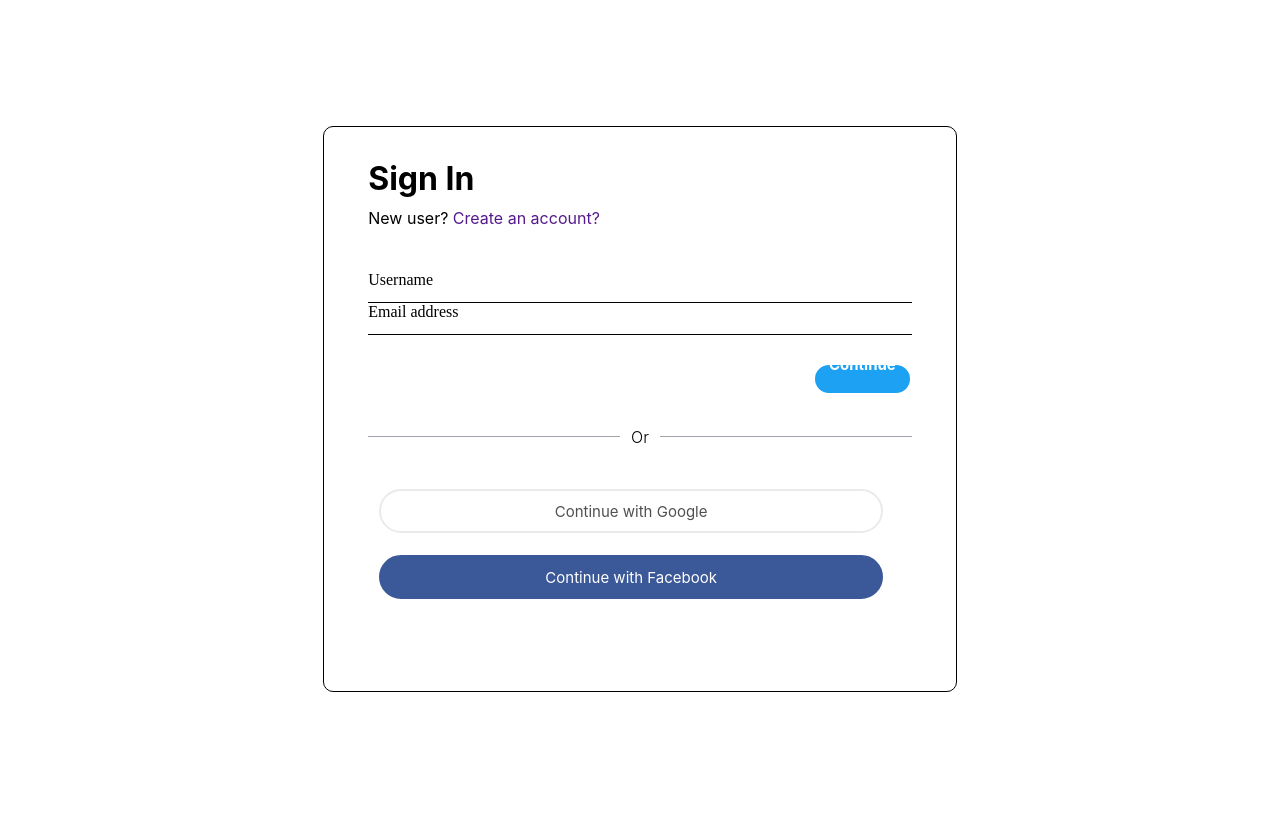
Repository: thangluu93/WereWolf
Page: Template/signIn.html
An editor plug-in stored every save of this project. The page is shown before and after the next save, followed by the edit.
The browser window is 1280 px wide. The pictures show the whole page.

Above is the page before, as saved 2020-01-13 15:24:58.

### Template/signIn.html
<html>

<head>

    <link rel="stylesheet" href="../Stylesheet/signInStyle.css">
</head>

<body id="body1">
    <div class="container" id="container1">
        <div class="containerBody" id="containerBody1">
            <div class="border" id="border1">
                <div class="content" id="content1">
                    <div class="contentHeader">
                        <h1 class="Heading">Sign In</h1>
                        <p class="subHead">New user? <a href="">Create an account?</a></p>
                    </div>
                    <div class="fieldLayout">
                        <div class="fieldContainer" >
                            <div class="inputBox" >
                                <label>Username</label>
                                <input type="email" class="field">
                            </div>
                            <div class="inputBox" >
                                <label> Email address </label>
                                <input type="email" class="field">
                            </div>
                        </div>
                        <div class="emailContinue">
                            <button class="emailContinueBtn ">
                                <span>Continue</span>
                            </button>
                        </div>
                    </div>
                    <div class="contentFooter">
                        <strong class="line">Or</strong>
                        <div class="socialSignIn" id="socialSignIn1">
                            <a href="" class="googleSignIn">
                                <!-- <svg viewBox="0 0 1152 1152" focusable="false" aria-hidden="true" role="img"
                                class="googleIconSvg">
                                <path
                                    d="M1055.994 594.42a559.973 559.973 0 0 0-8.86-99.684h-458.99V683.25h262.28c-11.298 60.918-45.633 112.532-97.248 147.089v122.279h157.501c92.152-84.842 145.317-209.78 145.317-358.198z"
                                    fill="#4285f4"></path>
                                <path
                                    d="M588.144 1070.688c131.583 0 241.9-43.64 322.533-118.07l-157.5-122.28c-43.64 29.241-99.463 46.52-165.033 46.52-126.931 0-234.368-85.728-272.691-200.919H152.636v126.267c80.19 159.273 245 268.482 435.508 268.482z"
                                    fill="#34a853"></path>
                                <path
                                    d="M315.453 675.94a288.113 288.113 0 0 1 0-185.191V364.482H152.636a487.96 487.96 0 0 0 0 437.724z"
                                    fill="#fbbc05"></path>
                                <path
                                    d="M588.144 289.83c71.551 0 135.792 24.589 186.298 72.88l139.78-139.779C829.821 144.291 719.504 96 588.143 96c-190.507 0-355.318 109.21-435.508 268.482L315.453 490.75c38.323-115.19 145.76-200.919 272.691-200.919z"
                                    fill="#ea4335"></path>
                            </svg> -->
                                <span>Continue with Google</span>
                            </a>
                            <a href="" class="facebookSignIn">
                                <!-- <svg viewBox="0 0 1152 1152" class="facebookIconSvg" aria-hidden="true" data-prefix="fab" data-icon="facebook-f"
                                role="img" xmlns="http://www.w3.org/2000/svg" viewBox="0 0 264 512" data-fa-i2svg="">
                                <path fill="currentColor"
                                    d="M76.7 512V283H0v-91h76.7v-71.7C76.7 42.4 124.3 0 193.8 0c33.3 0 61.9 2.5 70.2 3.6V85h-48.2c-37.8 0-45.1 18-45.1 44.3V192H256l-11.7 91h-73.6v229">
                                </path>
                            </svg> -->
                                <span>Continue with Facebook</span>

                            </a>

                        </div>
                    </div>
                </div>

            </div>
        </div>
    </div>
</body>

</html>

### Stylesheet/signInStyle.css
.containerBody{
    margin: 0;
    padding: 0;
    width: 100%;
}

#containerBody1{
  width: 100%;

}

#content1{

    display: flex;
    flex-direction: column;


}

.content{
    height: 90%;
    padding: 5% 7% 7% 7%;
}

.border{
    width: 50%;
    height: 80%;
}

#border1{
    border: 1px solid black;
    border-radius: 10px;   ;

    margin: 10% auto;
    justify-content: center;
    align-items: center;

}

.socialSignIn a{
    margin: 2%;
    width: 92%;
    height: 2.5rem;
    display: flex;
    align-items: center;
    justify-content: center;
    font-size: 15px;
}

.socialSignIn{
    margin-top: 2rem;
}

#socialSignIn1{
    display: flex;
    flex-direction: column;
}

.googleSignIn,.facebookSignIn,.twitterSignIn{
    border: 2px;
    border-style: solid;
    border-radius: 100px;
}

.subHead{
    margin: 10px 0 0 0;
}

.heading{
    margin: 0;
}

p {
    font-family: adobe-clean,"Source Sans Pro",-apple-system,BlinkMacSystemFont,"Segoe UI",Roboto,sans-serif;
}

h1{
    font-family: adobe-clean,"Source Sans Pro",-apple-system,BlinkMacSystemFont,"Segoe UI",Roboto,sans-serif;
    font-size: 32px;
}

span{
    font-family: adobe-clean,"Source Sans Pro",-apple-system,BlinkMacSystemFont,"Segoe UI",Roboto,sans-serif;
}

a{
    text-decoration: none;
}



.fieldContainer{
    margin: 0 0 5% 0;
}

.emailContinueBtn{
    display: flex;
    box-shadow: none;
    background-color: #1da1f2;
    color: white;
    border: none;
    outline: none;
    border-width: 2px;
    border-style: solid;
    border-radius: 16px;
    height: 32px;
    min-width: 72px;
    padding: 0 14px 0;
    font-size: 15px;
    font-weight: 700;
    line-height: 0;
    justify-content: center;
}

.emailContinue{
    display: flex;
    align-items: flex-end;
    flex-direction: column;
}

.googleSignIn{
    border-color: #eaeaea;
    color: #505050;
}

.facebookSignIn{
    border-color:#3b5998;
    background-color: #3b5998;
    color: white;
}

.twitterSignIn{
    color: white;
    border-color: #1da1f2;
    background-color: #1da1f2;
}

.line {
    display: flex;
    z-index: 1;
    position: relative;
    width: 100%;
    color: black;
    justify-content: center;
    font-weight: 300;
    font-family: adobe-clean,"Source Sans Pro",-apple-system,BlinkMacSystemFont,"Segoe UI",Roboto,sans-serif
}

.line:before {
    width: 40px;
    height: 10px;
    background-color: white;
    margin-top: -5px;
    margin-left: -20px;
    margin-right: 0px;
    margin-bottom: 0px;
    position: absolute;
    left: 50%;
    top: 50%;
    z-index: -1;
    content: '';
}

.line:after {
    border-bottom: 1px solid #a4a5ac;
    display: block;
    position: absolute;
    top: 49%;
    width: 100%;
    z-index: -2;
    content: '';
}

.fieldLayout{
    margin: 8% 0 2rem 0 ;
}

.inputBox{
    position: relative;
}

.field{
    width: 100%;
    height: 2rem;
    margin:0;
    border-color: black;
    border-top: 0;
    border-left: 0;
    border-right: 0;
    border-bottom: 1px;
    border-style: solid;
    font-size: 16px;
    outline: none;
    background: transparent;
}

.inputBox label{
    position: absolute;
    top: 0;
    left: 0;
    pointer-events: none;
    transition: .5s;
}

.field .inputBox input :focus ~ label{
    top: -10px;
}

After the next save:
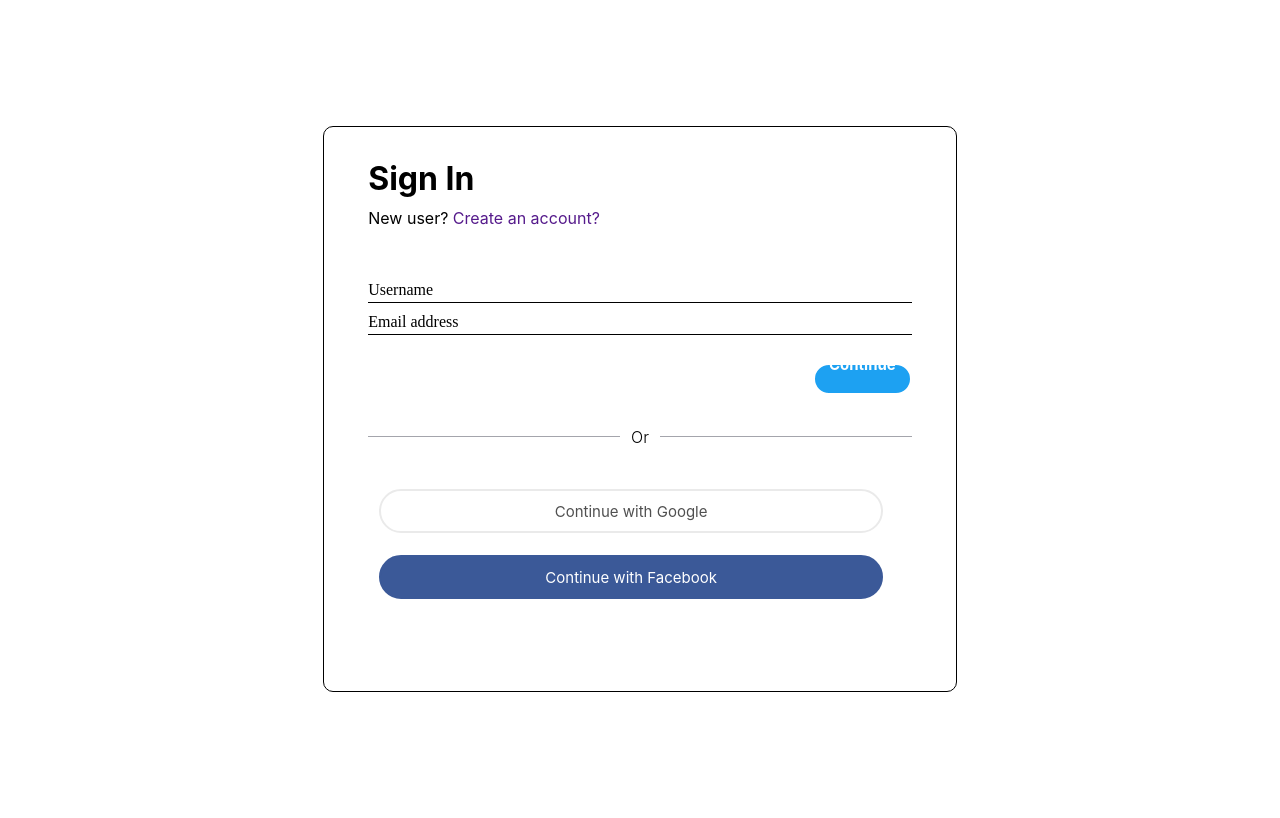
Saved 7 min 34 s later.
--- a/Stylesheet/signInStyle.css
+++ b/Stylesheet/signInStyle.css
@@ -198,10 +198,17 @@ a{
     position: absolute;
     top: 0;
     left: 0;
+    padding: 10px 0;
+    font-size: 16px;
+    color: black;
     pointer-events: none;
     transition: .5s;
 }
 
-.field .inputBox input :focus ~ label{
-    top: -10px;
-}
+.fieldContainer .inputBox input:focus ~ label,
+.fieldContainer .inputBox input:valid ~ label {
+    top: -20px;
+    left: 0;
+    color: #03a9f4;
+    font-size: 12px;
+}
